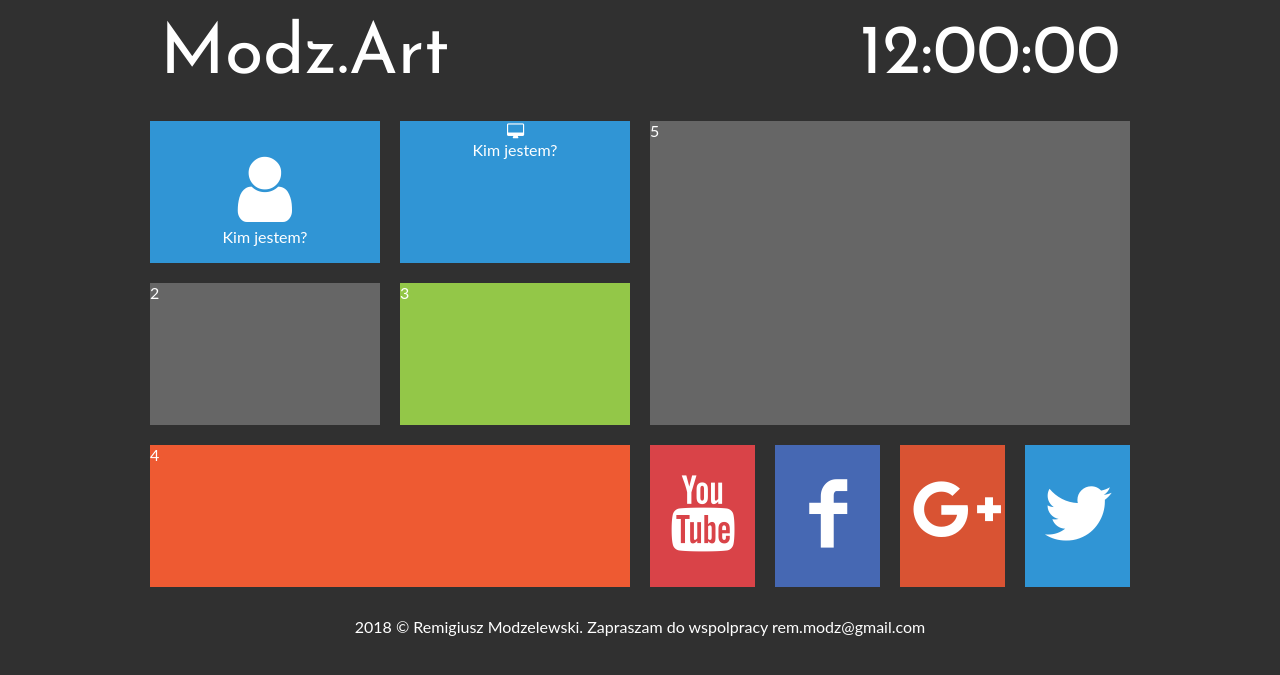
Repository: RemModz/Portfolio
Page: index.html
The author's editor kept a copy of each file at every save. The page is drawn from the files as they stood at one save, then again after the next save.
The browser window is 1280 px wide. The pictures show the whole page.

Above is the page before, as saved 2018-11-02 17:42:24.

After the next save:
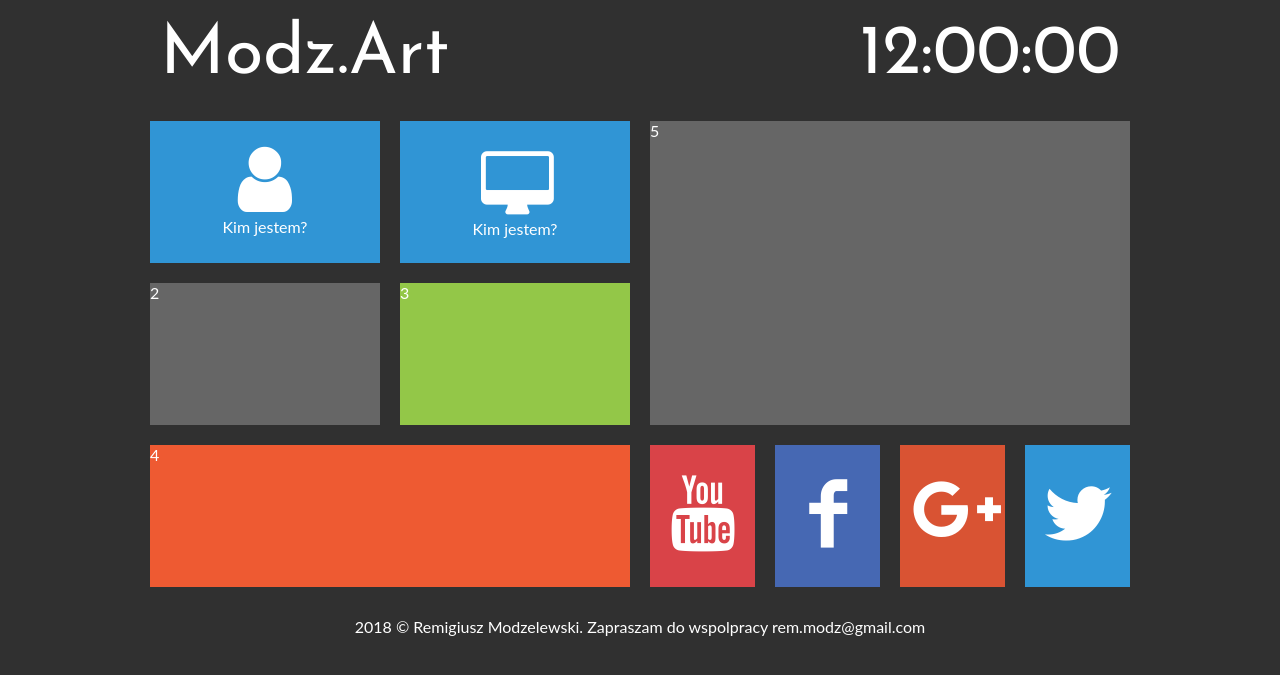
Saved 27 s later.
--- a/fontello/css/fontello.css
+++ b/fontello/css/fontello.css
@@ -55,12 +55,12 @@
   /* text-shadow: 1px 1px 1px rgba(127, 127, 127, 0.3); */
 }
 
-.icon-user:before { content: '\e800'; font-size: 76px; margin-top: 30px;} /* '' */
-.icon-email:before { content: '\e801'; } /* '' */
-.icon-gmail:before { content: '\e802'; } /* '' */
+.icon-user:before { content: '\e800'; font-size: 76px; margin-top: 20px;} /* '' */
+.icon-email:before { content: '\e801'; font-size: 68px; margin-top: 30px; } /* '' */
+.icon-gmail:before { content: '\e802'; font-size: 68px; margin-top: 30px; } /* '' */
 .icon-twitter:before { content: '\f099'; font-size: 76px; margin-top: 30px; } /* '' */
 .icon-gplus:before { content: '\f0d5'; font-size: 68px; margin-top: 30px;} /* '' */
-.icon-desktop:before { content: '\f108'; } /* '' */
+.icon-desktop:before { content: '\f108'; font-size: 68px; margin-top: 30px;} /* '' */
 .icon-youtube:before { content: '\f167'; font-size: 76px; margin-top: 30px;} /* '' */
-.icon-graduation-cap:before { content: '\f19d'; } /* '' */
+.icon-graduation-cap:before { content: '\f19d'; font-size: 68px; margin-top: 30px;} /* '' */
 .icon-facebook:before { content: '\f30c'; font-size: 76px; margin-top: 30px;} /* '' */
